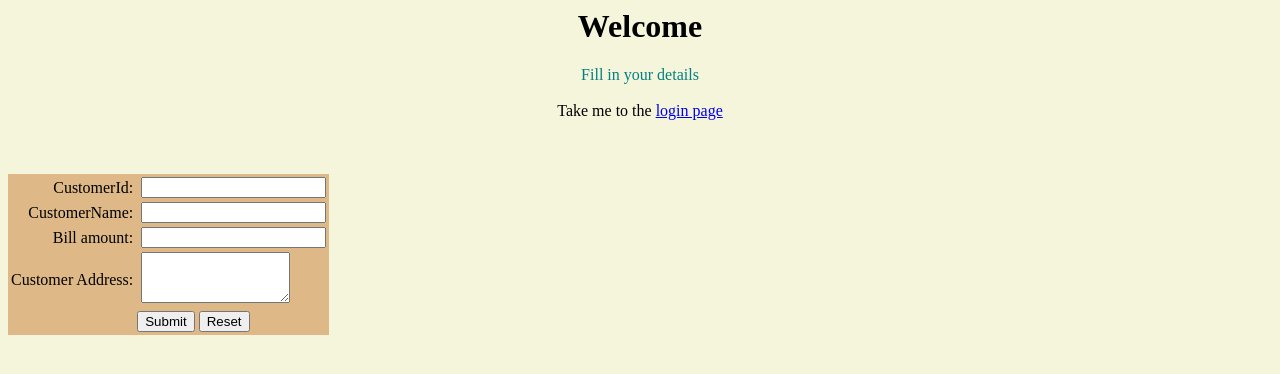
Repository: Rama-13/LaunchPadAllFiles
Page: java-workspace/SpringMVCDemo/WebContent/WEB-INF/updatecustomer.html
An editor plug-in stored every save of this project. The page is shown before and after the next save, followed by the edit.
The browser window is 1280 px wide. The pictures show the whole page.

Above is the page before, as saved 2019-08-02 03:28:47.

### java-workspace/SpringMVCDemo/WebContent/WEB-INF/updatecustomer.html
<html>

<head>

<h1>Welcome</h1>

</head>

<body bgcolor = "beige" align = "center">

  <font face = "apercu" color = "teal">Fill in your details</font></br></br>

  Take me to the <a href = "Login1.html">login page</a>

  <form action = "addcustomer.do" align = "center">

    <table bgcolor = "burlywood">

  <tr><td align = "right">CustomerId: </td>

    <td>&nbsp;<input type = "text" id="customerId" name= "customerId"></td></tr></br>

  <tr><td align = "right">CustomerName:</td>

    <td>&nbsp;<input type = "text" id = "customerName" name = "customerName"></td></tr></br>

  <tr><td align = "right">Bill amount: </td>

    <td>&nbsp;<input type = "text" id = "billAmount" name = "billAmount"></td></tr>

  <tr><td align = "right" >Customer Address:</td>

    <td>&nbsp;<textarea rows = "3" cols="16" id = "customerAddress" name = "customerAddress"></textarea></td></tr>

 <!--  <tr><td align = "right">City:</td>&nbsp;<td><select>

    <option></option>

    <option value = "Bangalore">Bangalore</option>

    <option value = "Mumbai">Mumbai</option>

    <option value = "Chennai">Chennai</option>

    <option value = "New Delhi">New Delhi</option>

  </select>

  <tr><td align = "right">Gender:</td><td><input type = "radio" value = "male" name = "male">Male

    <input type = "radio" value = "female" name = "male">female

    <input type = "radio" value = "others" name = "male">Others</td></tr></br>
 -->
    <tr><td></td><td><input type = "submit" id = "submit" name = "submit">

    <input type = "reset" id = "reset" name = "reset"></td></tr></br>

</form>

</body>

</html>

After the next save:
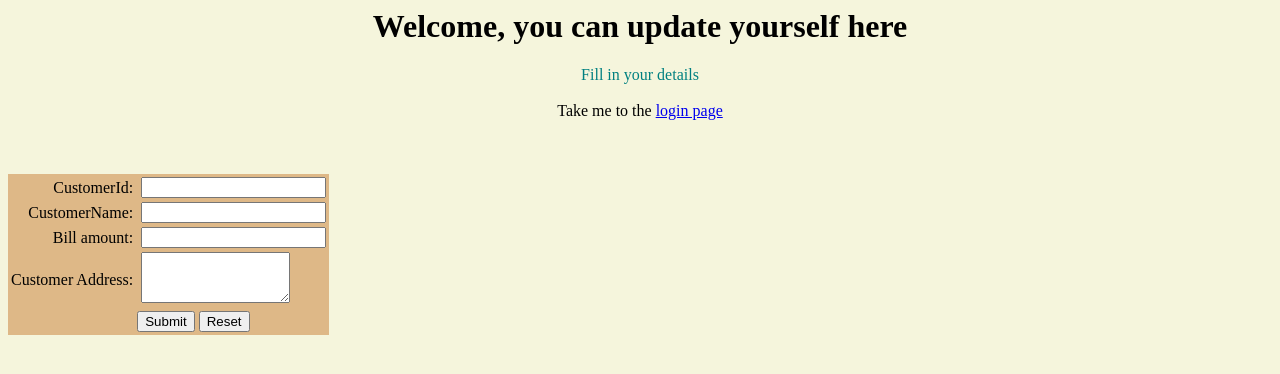
Saved 14 s later.
--- a/java-workspace/SpringMVCDemo/WebContent/WEB-INF/updatecustomer.html
+++ b/java-workspace/SpringMVCDemo/WebContent/WEB-INF/updatecustomer.html
@@ -2,7 +2,7 @@
 
 <head>
 
-<h1>Welcome</h1>
+<h1>Welcome, you can update yourself here</h1>
 
 </head>
 
